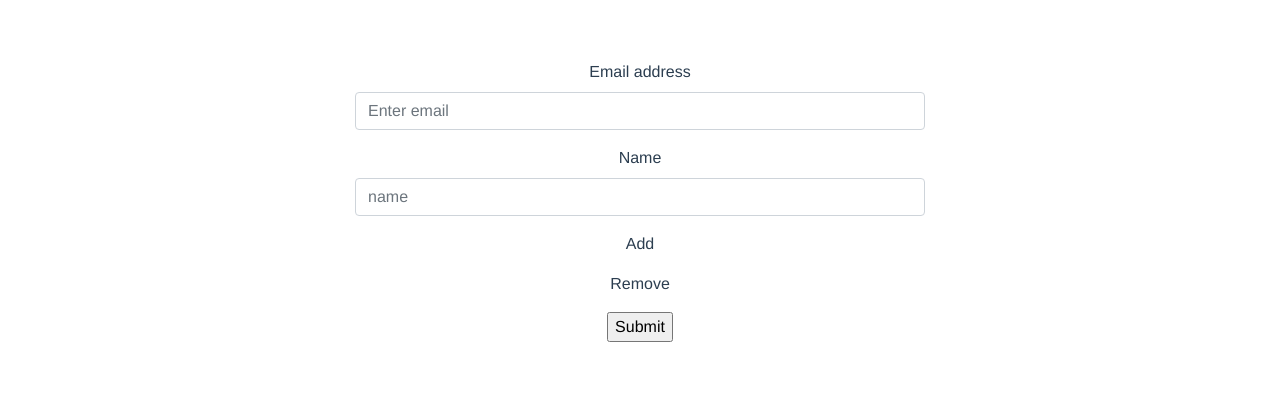
Repository: rupeshpawar93/vue-profile
Page: /company-form
These files come from the project's save history. The page is drawn as it stood at one moment and after the next save; the edit follows.
The browser window is 1280 px wide. The pictures show the whole page.
The project was rebuilt for these pictures with package versions that can differ from the ones it lists, and the page was loaded fresh each time. Also part of the build but not shown: webpack.config.js, src/components/Portfolio.vue, src/components/PortfolioDetail.vue, src/components/Mycart.vue.

Above is the page before, as saved 2019-11-05 15:44:02.

After the next save:
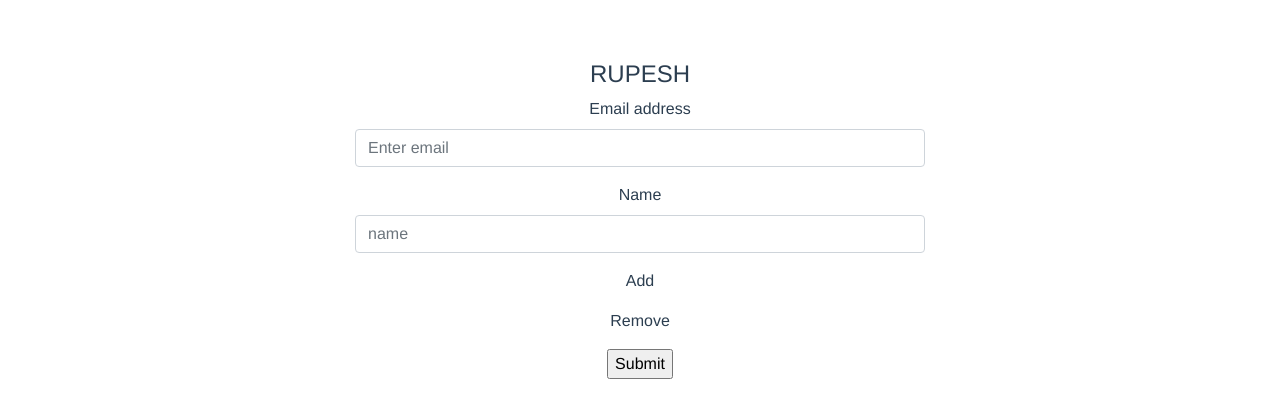
Saved 55 s later.
--- a/src/components/Company.vue
+++ b/src/components/Company.vue
@@ -40,7 +40,7 @@ export default {
     },
     computed: {
         name() {
-            this.$store.getters.upperCase
+           return this.$store.getters.upperCase
         }
     },
     created() {
